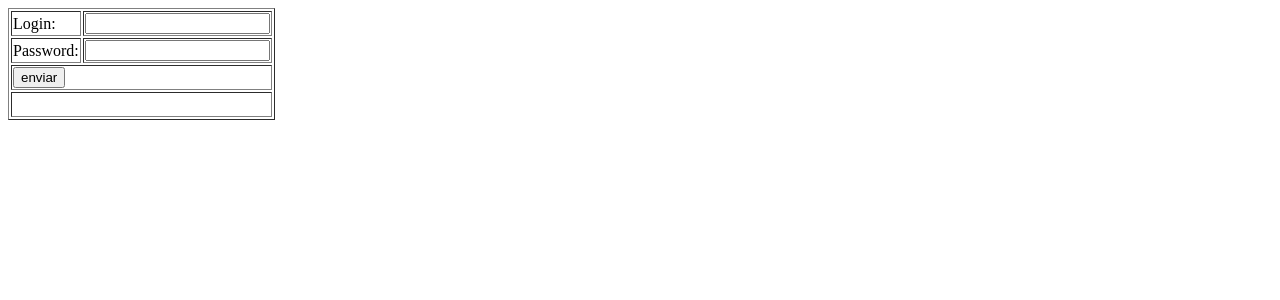
Repository: DaniloSanna/JavaEE
Page: http://localhost/Basic_HTML/
The author's editor kept a copy of each file at every save. The page is drawn from the files as they stood at one save, then again after the next save.
The browser window is 1280 px wide. The pictures show the whole page.
The page is served by Tomcat 10. Other server files are loaded and not shown.

Above is the page before, as saved 2021-12-07 13:12:24.

### Basic_HTML/src/main/webapp/index.jsp
<%@ page language="java" contentType="text/html; charset=ISO-8859-1"
	pageEncoding="ISO-8859-1"%>
<!DOCTYPE html>
<html>
<head>
<meta charset="ISO-8859-1">
<title>Basic Java HTML</title>
</head>
<body>
	<form action="ServLetLogin" method="post">
		<table border="1">
			<tr>
				<td>Login:</td>
				<td><input name="login" type="text"></td>
			</tr>
			<tr>
				<td>Password:</td>
				<td><input name="pass" type="password"></td>
			</tr>
			<tr>
				<td colspan="2"><input type="submit" value="enviar"></td>
			</tr>
			<tr>
				<td colspan="2"><h4>${msg}</h4></td>
			</tr>
		</table>
	</form>
</body>
</html>

After the next save:
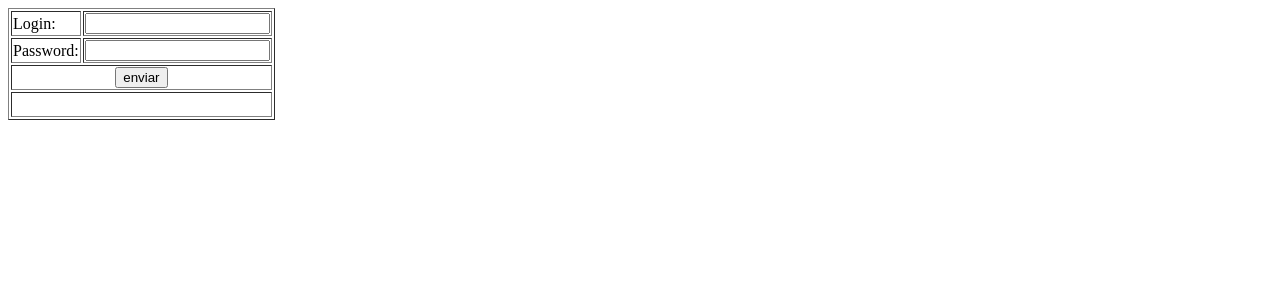
Saved 28 s later.
--- a/Basic_HTML/src/main/webapp/index.jsp
+++ b/Basic_HTML/src/main/webapp/index.jsp
@@ -18,10 +18,10 @@
 				<td><input name="pass" type="password"></td>
 			</tr>
 			<tr>
-				<td colspan="2"><input type="submit" value="enviar"></td>
+				<td colspan="2" align="center"><input type="submit" value="enviar"></td>
 			</tr>
 			<tr>
-				<td colspan="2"><h4>${msg}</h4></td>
+				<td colspan="2" align="center"><h4>${msg}</h4></td>
 			</tr>
 		</table>
 	</form>
